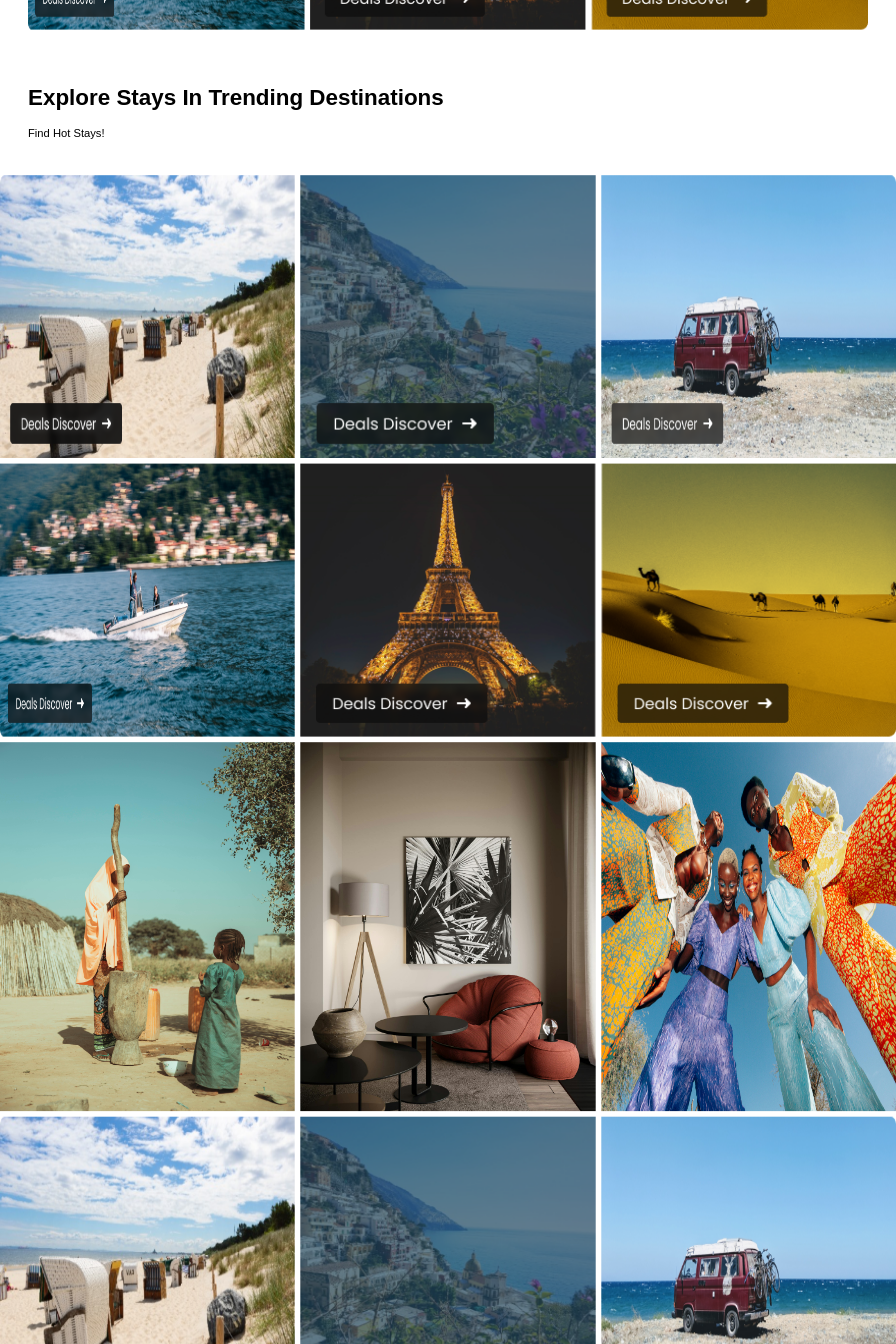
Repository: Quynhhuong150322/DIKO_STUDY_TRAVEL_WEB
Page: /
An editor plug-in stored every save of this project. The page is shown before and after the next save, followed by the edit.
The browser window is 1280 px wide. The pictures show the part of the page from y = 1466 to 3386 px (the page is 3489 px tall before and 1740 px after), at 70% of full size.
The project was rebuilt for these pictures with package versions that can differ from the ones it lists, and the page was loaded fresh each time. Also part of the build but not shown: src/components/Login.js, src/components/Register.js. Imported but missing from the stored project, and not drawn on this page: src/redux/slices/authSlice.

Above is the page before, as saved 2024-02-23 11:06:47.

After the next save:
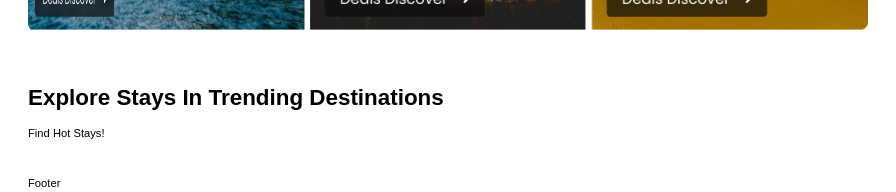
Saved 108 s later.
--- a/src/pages/LangdingPage/Langding.js
+++ b/src/pages/LangdingPage/Langding.js
@@ -240,15 +240,11 @@ const Langding = () => {
           <h2 className='text-2xl font-bold'>Explore Stays In Trending Destinations</h2>
           <p>Find Hot Stays!</p>
         </div>
-      </div>
-      {/* image  */}
-      <div>
-        <div className='grid grid-cols-3 gap-2'>
-          {
-            ListCard.map((data) => (
-              <img src={data.img} alt="" className='w-full h-full' />
-            ))
-          }
+        {/* ImageCard */}
+        <div>
+          <div>
+
+          </div>
         </div>
       </div>
     </div>
